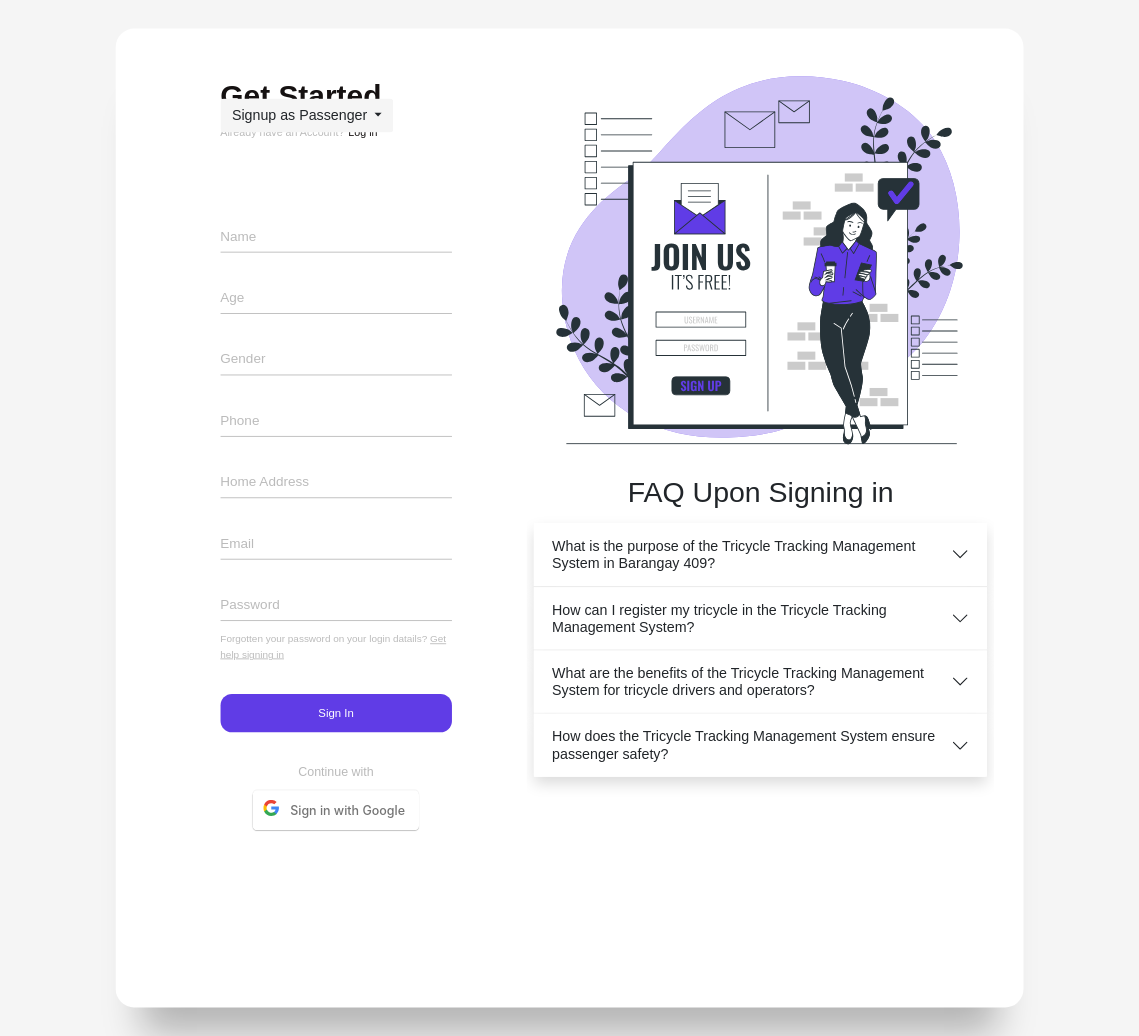
Repository: adrcstro/plate-to-place
Page: http://localhost/Loginsystem/Passenger.php
These files come from the project's save history. The page is drawn as it stood at one moment and after the next save; the edit follows.
The browser window is 1280 px wide. The pictures show the whole page, at 89% of full size.
Some web fonts or font styles are not loaded; a fallback is used. Some web libraries are served in a nearby version. The page is run by PHP 8.4 with error messages shown; the project is at /var/www/html/.

Above is the page before, as saved 2023-10-31 15:38:57.

### Loginsystem/Passenger.php
<!DOCTYPE html>
<html lang="en">
<head>
    <meta charset="UTF-8">
    <meta name="viewport" content="width=device-width, initial-scale=1.0">
    <link rel="shortcut icon" type="x-icon" href="../images/webicon.png">
    <link rel="stylesheet" href="../css/bootstrap.min.css">
    <link rel="stylesheet" href="https://cdnjs.cloudflare.com/ajax/libs/font-awesome/6.3.0/css/all.min.css" integrity="sha512-SzlrxWUlpfuzQ+pcUCosxcglQRNAq/DZjVsC0lE40xsADsfeQoEypE+enwcOiGjk/bSuGGKHEyjSoQ1zVisanQ==" crossorigin="anonymous" referrerpolicy="no-referrer"/>
    <link rel="stylesheet" href="passenger.css">

    <title>Brangay409-3WHeel-Tracking-System</title>
</head>

<body>

<main>
      <div class="box">
        <div class="inner-box">
          <div class="forms-wrap">
            <form action="index.html" autocomplete="off" class="sign-in-form">

<script>
    function changeLoginType(type) {
        document.getElementById('loginDropdown').innerText = 'Login as ' + type;
    }
</script>
              <div class="heading">
                <h2>Get Started</h2>
                <h6>Already have an Account?</h6>
                <a href="login.php" class="loginaccount" data-target="img-2">Log in</a>
              </div>
              <div class="dropdown">
    <button class="btn dropdown-toggle" type="button" data-bs-toggle="dropdown" aria-expanded="false" id="loginDropdown">
        Signup as Passenger
    </button>
    <ul class="dropdown-menu">
        <li><a class="dropdown-item" href="Passenger.php" onclick="changeLoginType('Passenger')">Passenger</a></li>
        <li><a class="dropdown-item" href="Driverlogin.php" onclick="changeLoginType('Driver')">Driver</a></li>

    </ul>
</div>
<div class="formsignin">



              <div class="actual-form">
                <div class="input-wrap">
                  <input
                    type="text"
                    minlength="4"
                    class="input-field"
                    autocomplete="off"
                    required
                  />
                  <label>Name</label>
                </div>

                <div class="input-wrap">
                  <input
                    type="password"
                    minlength="4"
                    class="input-field"
                    autocomplete="off"
                    required
                  />
                  <label>Age</label>
                </div>

                <div class="input-wrap">
                  <input
                    type="text"
                    minlength="4"
                    class="input-field"
                    autocomplete="off"
                    required
                  />
                  <label>Gender</label>
                </div>

                <div class="input-wrap">
                  <input
                    type="text"
                    minlength="4"
                    class="input-field"
                    autocomplete="off"
                    required
                  />
                  <label>Phone</label>
                </div>
                <div class="input-wrap">
                  <input
                    type="text"
                    minlength="4"
                    class="input-field"
                    autocomplete="off"
                    required
                  />
                  <label>Home Address</label>
                </div>

                <div class="input-wrap">
                  <input
                    type="text"
                    minlength="4"
                    class="input-field"
                    autocomplete="off"
                    required
                  />
                  <label>Email</label>
                </div>
                <div class="input-wrap">
                  <input
                    type="text"
                    minlength="4"
                    class="input-field"
                    autocomplete="off"
                    required
                  />
                  <label>Password</label>
                </div>
                <p class="text">
                  Forgotten your password on your login datails?

                  <a href="Forgotpassword.php" data-target="img-2">Get help signing in</a>
                </p>
                <input type="submit" value="Sign In" class="sign-btn" />
                <h5 id="textcon">Continue with</h5>
                <button type="button" class="login-with-google-btn" >
                Sign in with Google
                 </button>
              </div>
              </div>
            </form>


          </div>
          <div class="carousel">
  <div class="images-wrapper">
    <img src="../images/Signup.svg" class="image img-2 show" alt="" />
  </div>

  <div class="col-md-12">
         <h2 class="mt-2 text-center" id="FAQ">FAQ Upon Signing in</h2>
         <div class="accordion accordion-flush p-2" id="accordionFlushExample">
          <div class="accordion-item bg-white shadow">
            <h2 class="accordion-header">
              <button class="accordion-button collapsed" type="button" data-bs-toggle="collapse" data-bs-target="#flush-collapseOne" aria-expanded="false" aria-controls="flush-collapseOne">
                What is the purpose of the Tricycle Tracking Management System in Barangay 409?
              </button>
            </h2>
            <div id="flush-collapseOne" class="accordion-collapse collapse" data-bs-parent="#accordionFlushExample">
              <div class="accordion-body">The Tricycle Tracking Management System aims to streamline tricycle operations and ensure passenger safety and efficient transportation services within the barangay.</div>
            </div>
          </div>
          <div class="accordion-item shadow">
            <h2 class="accordion-header">
              <button class="accordion-button collapsed" type="button" data-bs-toggle="collapse" data-bs-target="#flush-collapseTwo" aria-expanded="false" aria-controls="flush-collapseTwo">
                How can I register my tricycle in the Tricycle Tracking Management System?
              </button>
            </h2>
            <div id="flush-collapseTwo" class="accordion-collapse collapse" data-bs-parent="#accordionFlushExample">
              <div class="accordion-body">To register your tricycle, visit the barangay office and submit the required documents, including the tricycle's registration papers, driver's license, and other necessary permits.</div>
            </div>
          </div>
          <div class="accordion-item shadow">
            <h2 class="accordion-header">
              <button class="accordion-button collapsed" type="button" data-bs-toggle="collapse" data-bs-target="#flush-collapseThree" aria-expanded="false" aria-controls="flush-collapseThree">
                What are the benefits of the Tricycle Tracking Management System for tricycle drivers and operators?
              </button>
            </h2>
            <div id="flush-collapseThree" class="accordion-collapse collapse" data-bs-parent="#accordionFlushExample">
              <div class="accordion-body">The system provides improved transparency in fare collection, enhances security measures for both drivers and passengers, and facilitates better route planning, leading to increased efficiency and profitability for tricycle operators.
              </div>
            </div>
          </div>

          <div class="accordion-item shadow">
            <h2 class="accordion-header">
              <button class="accordion-button collapsed" type="button" data-bs-toggle="collapse" data-bs-target="#flush-collapseFour" aria-expanded="false" aria-controls="flush-collapseFour">
                How does the Tricycle Tracking Management System ensure passenger safety?
              </button>
            </h2>
            <div id="flush-collapseFour" class="accordion-collapse collapse" data-bs-parent="#accordionFlushExample">
              <div class="accordion-body">The system integrates safety measures such as  Report Management, Legal Action Provider, and driver identification features, which enable swift responses to any emergency situations during tricycle rides.</div>
            </div>
          </div>



        </div>
         </div>


</div>
        </div>
      </div>
    </main>



</body>
<script src="../js/bootstrap.bundle.js"></script>
    <script src="login.js"></script>

</html>

### Loginsystem/passenger.css
@import url("https://fonts.googleapis.com/css2?family=Poppins:wght@200;300;400;500;600;700;800&display=swap");
@import url('https://fonts.googleapis.com/css2?family=Advent+Pro:wght@200&display=swap');
@import url('https://fonts.googleapis.com/css2?family=Advent+Pro:wght@200&family=Montserrat+Alternates&display=swap');
@import url('http://fonts.googleapis.com/css?family=Open+Sans:400,700');
*,
*::before,
*::after {
  padding: 0;
  margin: 0;
  box-sizing: border-box;
}
#textcon{
  padding: 4px;
  text-align: center;
  color: #bababa;
  font-size: 14px;
}
.login-with-google-btn {
  transition: background-color .3s, box-shadow .3s;
  padding: 12px 16px 12px 42px;
  border: none;
  border-radius: 5px;
  box-shadow: 0 -1px 0 rgba(0, 0, 0, .04), 0 1px 1px rgba(0, 0, 0, .25);
  display: block;
    margin: auto;
  color: #757575;
  font-size: 14px;
  font-weight: 500;
  font-family: -apple-system,BlinkMacSystemFont,"Segoe UI",Roboto,Oxygen,Ubuntu,Cantarell,"Fira Sans","Droid Sans","Helvetica Neue",sans-serif;

  background-image: url(data:[embedded picture, 822 characters]);
  background-color: white;
  background-repeat: no-repeat;
  background-position: 12px 11px;

  &:hover {
    background-color: #f3f3f3b6;
  }

  &:active {
    background-color: #eeeeee;
  }
}
  &:focus {
    outline: none;
    box-shadow:
      0 -1px 0 rgba(0, 0, 0, .04),
      0 2px 4px rgba(0, 0, 0, .25),
      0 0 0 3px #c8dafc;
  }

.logo {
  text-align: center;
}
.logo br {
  font-size: 1px; /* Adjust the font size as per your requirement */
}
body,
input {
  font-family: 'Montserrat Alternates', sans-serif;

}
#loginDropdown{
  background-color: whitesmoke;
}

main {
  width: 100%;
  min-height: 100vh;
  overflow: hidden;
  background-color: whitesmoke;
  padding: 2rem;
  display: flex;
  align-items: center;
  justify-content: center;
}

.box {
  position: relative;
  width: 100%;
  max-width: 1020px;
  height: 1100px;
  background-color: #fff;
  border-radius: 1.3rem;
  box-shadow: 0 60px 40px -30px rgba(0, 0, 0, 0.27);
}

.inner-box {
  position: absolute;
  width: calc(100% - 4.1rem);
  height: calc(100% - 4.1rem);
  top: 50%;
  left: 50%;
  transform: translate(-50%, -50%);
}

.forms-wrap {
  position: absolute;
  height: 100%;
  width: 45%;
  top: 0;
  left: 0;
  display: grid;
  grid-template-columns: 1fr;
  grid-template-rows: 1fr;
  transition: 0.8s ease-in-out;
}

form {
  max-width: 260px;
  width: 100%;
  margin: 0 auto;
  height: 100%;
  display: flex;
  flex-direction: column;
  justify-content: space-evenly;
  grid-column: 1 / 2;
  grid-row: 1 / 2;
  transition: opacity 0.02s 0.4s;
  border: #aaa;
}

form.sign-up-form {
  opacity: 0;
  pointer-events: none;

}

.logo {
  display: flex;
  align-items: center;
}


.logo h4 {
  font-size: 1.1rem;
  margin-top: -9px;
  letter-spacing: -0.5px;
  color: #151111;
}

.heading h2 {
  font-size: 2.1rem;
  font-weight: 600;
  color: #151111;
}

.heading h6 {
  color: #bababa;
  font-weight: 400;
  font-size: 0.75rem;
  display: inline;
}

.toggle {
  color: #151111;
  text-decoration: none;
  font-size: 0.75rem;
  font-weight: 500;
  transition: 0.3s;
}

.toggle:hover {
  color: #8371fd;
}

.input-wrap {
  position: relative;
  height: 37px;
  margin-bottom: 2rem;
}

.input-field {
  position: absolute;
  width: 100%;
  height: 100%;
  background: none;
  border: none;
  outline: none;
  border-bottom: 1px solid #bbb;
  padding: 0;
  font-size: 0.95rem;
  color: #151111;
  transition: 0.4s;
}

label {
  position: absolute;
  left: 0;
  top: 50%;
  transform: translateY(-50%);
  font-size: 0.95rem;
  color: #bbb;
  pointer-events: none;
  transition: 0.4s;
}

.input-field.active {
  border-bottom-color: #151111;
}

.input-field.active + label {
  font-size: 0.75rem;
  top: -2px;
}
.logtext{
  margin-top: -1rem;
}
.sign-btn {
  display: inline-block;
  width: 100%;
  height: 43px;
  background-color: #603ce6;
  color: #fff;
  border: none;
  cursor: pointer;
  border-radius: 0.8rem;
  font-size: 0.8rem;
  margin-bottom: 2rem;
  transition: 0.3s;
}
.show {
  display: block;
}

.FAQESTION{
  margin-top: -3rem;
}



.hide {
  display: none;
}

.sign-btn:hover {
  background-color: #6a5cc4;
}

.text {
  color: #bbb;
  font-size: 0.7rem;
  transform: translateY(-20px);
}

.text a {
  color: #bbb;
  transition: 0.3s;

}




.text a:hover {
  color: #8371fd;
}

main.sign-up-mode form.sign-in-form {
  opacity: 0;
  pointer-events: none;
}

main.sign-up-mode form.sign-up-form {
  opacity: 1;
  pointer-events: all;
}

main.sign-up-mode .forms-wrap {
  left: 55%;
}

main.sign-up-mode .carousel {
  left: 0%;
}

.carousel {
  position: absolute;
  height: 100%;
  width: 55%;
  left: 45%;
  top: 0;
  background-color: white;
  border-radius: 2rem;
  display: grid;
  grid-template-rows: auto 1fr;
  padding-bottom: 2rem;
  overflow: hidden;
  transition: 0.8s ease-in-out;
}

.images-wrapper {
  display: grid;
  grid-template-columns: 1fr;
  grid-template-rows: 1fr;
}
.hide {
  display: none;
}
.image {
  width: 100%;
 height: 90%;
  grid-column: 1/2;
  grid-row: 1/2;
  opacity: 0;
  transition: opacity 0.3s, transform 0.5s;
}

.img-1 {
  transform: translate(0, -50px);
}

.img-2 {
  transform: scale(0.4, 0.5);
}

.img-3 {
  transform: scale(0.3) rotate(-20deg);
}

.image.show {
  opacity: 1;
  transform: none;
}

.text-slider {
  display: flex;
  align-items: center;
  justify-content: center;
  flex-direction: column;
margin-top: -4rem;

}

.text-wrap {
  max-height: 3.1rem;
  overflow: hidden;
  margin-bottom: 2.3rem;
}

.text-group {
  display: flex;
  flex-direction: column;
  text-align: center;
  transform: translateY(0);
  transition: 0.5s;
}

.text-group h2 {
  line-height: 2.2rem;
  font-weight: 600;
  font-size: 1.6rem;
}

.bullets {
  display: flex;
  align-items: center;
  justify-content: center;
  margin-top: -2.4rem;
}

.bullets span {
  display: block;
  width: 0.5rem;
  height: 0.5rem;
  background-color: #aaa;
  margin: 0 0.25rem;
  border-radius: 50%;
  cursor: pointer;
  transition: 0.3s;
}
.dropdown{
  margin-top: -9rem;
}
.actual-form{
  margin-top: -6rem;
}
.bullets span.active {
  width: 1.1rem;
  background-color: #151111;
  border-radius: 1rem;
}
.actual-form{
  margin-top: 20px;
  }
  .col-md-12{
    margin-top: -4rem;
  }

  .sign-in-form{
    margin-top: -4rem;
  }
.formsignin{
  margin-top: -1rem;
}
.sign-in-form{
  margin-top: -4.5rem;
}

.loginaccount{
  color: #151111;
  text-decoration: none;
  font-size: 0.75rem;
  font-weight: 500;
  transition: 0.3s;
}
.loginaccount:hover{
  color: #8371fd;
}








@media (max-width: 850px) {
  .box {
    height: auto;
    max-width: 550px;
    overflow: hidden;
  }

  .inner-box {
    position: static;
    transform: none;
    width: revert;
    height: revert;
    padding: 2rem;
  }

  .forms-wrap {
    position: revert;
    width: 100%;
    height: auto;
  }

  form {
    max-width: revert;
    padding: 1.5rem 2.5rem 2rem;
    transition: transform 0.8s ease-in-out, opacity 0.45s linear;
  }

  .heading {
    margin: 2rem 0;
  }

  form.sign-up-form {
    transform: translateX(100%);
  }

  main.sign-up-mode form.sign-in-form {
    transform: translateX(-100%);
  }

  main.sign-up-mode form.sign-up-form {
    transform: translateX(0%);
  }

  .carousel {
    position: revert;
    height: auto;
    width: 100%;
    padding: 3rem 2rem;
    display: flex;
  }

  .images-wrapper {
    display: none;
  }

  .text-slider {
    width: 100%;
  }

  .text-slider{
    margin-top: 3rem;
}
.actual-form{
margin-top: 2rem;
}
.col-md-12{
  margin-top: -3rem;
}
.dropdown{
  margin-top: -1rem;
}
.sign-in-form{
  margin-top: -1rem;
}

.formsignin{
  margin-top: 1rem;
}


}

@media (max-width: 528px) {
  main {
    padding: 1rem;
  }

  .box {
    border-radius: 2rem;
  }

  .inner-box {
    padding: 1rem;
  }

  .carousel {
    padding: 1.5rem 1rem;
    border-radius: 1.6rem;
  }

  .text-wrap {
    margin-bottom: 1rem;
  }

  .text-group h2 {
    font-size: 1.2rem;
  }

  form {
    padding: 1rem 2rem 1.5rem;
  }

  .bullets{
    margin-top: -1rem;
}
.col-md-12{
  margin-top: 1rem;
}


}








@media (max-width: 390px) {
    .text-slider{
        margin-top: 2rem;
    }

}

### Loginsystem/login.js
const inputs = document.querySelectorAll(".input-field");
const toggle_btn = document.querySelectorAll(".toggle");
const main = document.querySelector("main");
const bullets = document.querySelectorAll(".bullets span");
const images = document.querySelectorAll(".image");

inputs.forEach((inp) => {
  inp.addEventListener("focus", () => {
    inp.classList.add("active");
  });
  inp.addEventListener("blur", () => {
    if (inp.value != "") return;
    inp.classList.remove("active");
  });
});

toggle_btn.forEach((btn) => {
  btn.addEventListener("click", () => {
    main.classList.toggle("sign-up-mode");
  });
});

function moveSlider() {
  let index = this.dataset.value;

  let currentImage = document.querySelector(`.img-${index}`);
  images.forEach((img) => img.classList.remove("show"));
  currentImage.classList.add("show");

  const textSlider = document.querySelector(".text-group");
  textSlider.style.transform = `translateY(${-(index - 1) * 2.2}rem)`;

  bullets.forEach((bull) => bull.classList.remove("active"));
  this.classList.add("active");
}

bullets.forEach((bullet) => {
  bullet.addEventListener("click", moveSlider);
});

document.addEventListener('DOMContentLoaded', function () {
  const toggleLinks = document.querySelectorAll('.toggle');
  toggleLinks.forEach(function(toggleLink) {
    toggleLink.addEventListener('click', function (event) {
      event.preventDefault();
      const targetId = toggleLink.getAttribute('data-target');
      const textSlider = document.querySelector('.text-group');
      if (targetId === 'img-1') {
        const targetText = 'Get Started';
        textSlider.innerHTML = `<h2>${targetText}</h2>`;
      } else if (targetId === 'img-2') {
        const targetText = 'Join us';
        textSlider.innerHTML = `<h2>${targetText}</h2>`;
      }
    });
  });
});

Loaded but not shown: css/bootstrap.min.css (library); js/bootstrap.bundle.js (library); Images/Signup.svg (1 lines, source omitted)

After the next save:
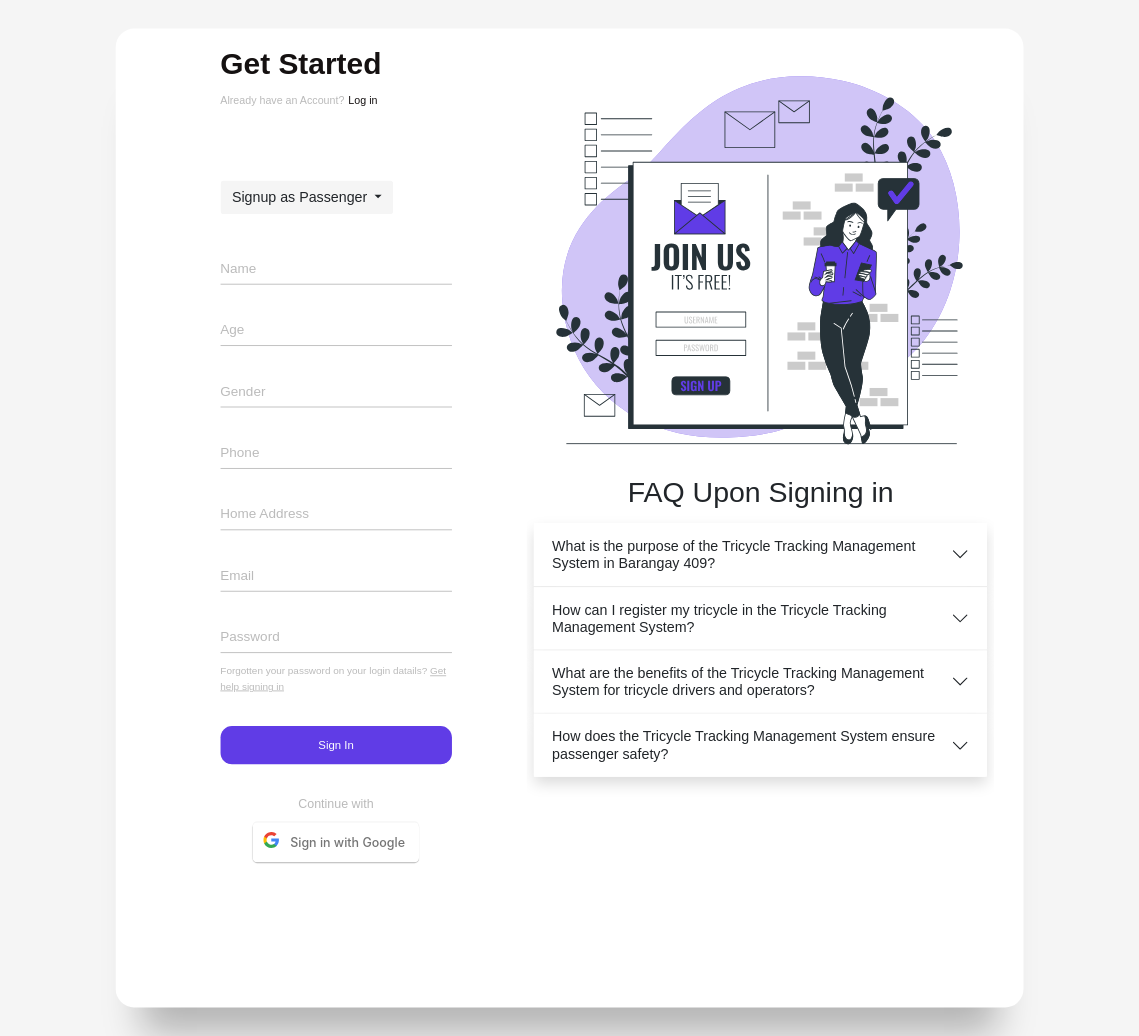
Saved 60 s later.
--- a/Loginsystem/passenger.css
+++ b/Loginsystem/passenger.css
@@ -370,7 +370,8 @@ margin-top: -4rem;
   transition: 0.3s;
 }
 .dropdown{
-  margin-top: -9rem;
+  position: relative; /* or any other position value that suits your layout */
+  top: 20px;
 }
 .actual-form{
   margin-top: -6rem;
